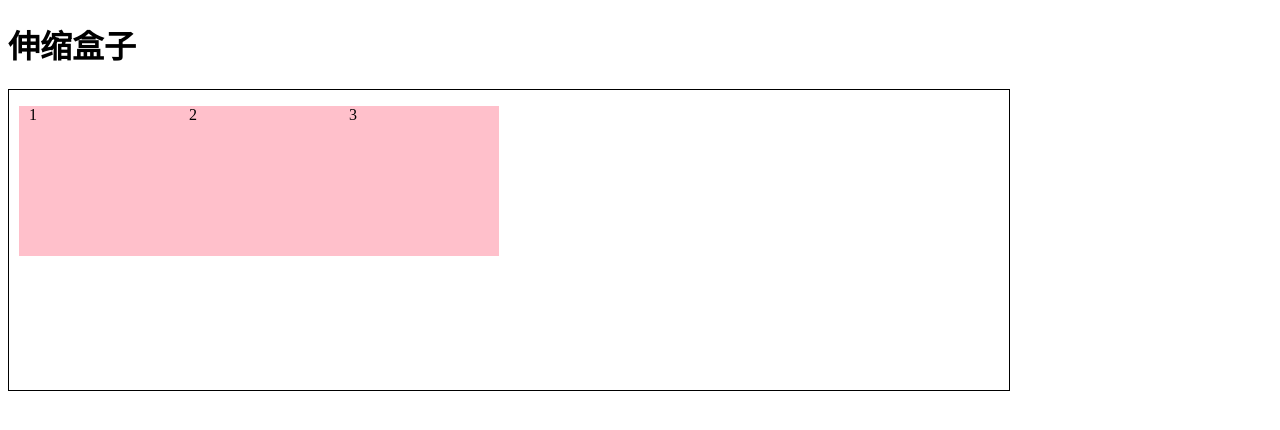
Repository: liuxi0811/web-demo
Page: 伸缩布局.html
The author's editor kept a copy of each file at every save. The page is drawn from the files as they stood at one save, then again after the next save.
The browser window is 1280 px wide. The pictures show the whole page.

Above is the page before, as saved 2020-12-03 17:54:06.

After the next save:
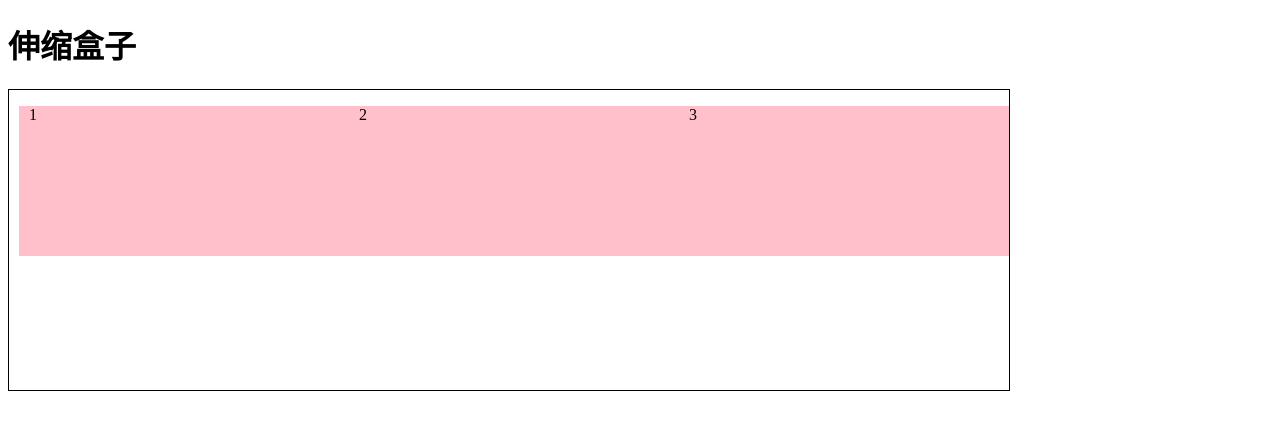
Saved 5 min 9 s later.
--- a/伸缩布局.html
+++ b/伸缩布局.html
@@ -21,6 +21,7 @@
             background: pink;
             padding-left: 10px;
             /* display: flex; */
+            flex: 1;
         }
 
         ul{
@@ -29,6 +30,7 @@
             padding-left: 10px;
             flex-direction: row;
         }
+
     </style>
 </head>
 <body>
